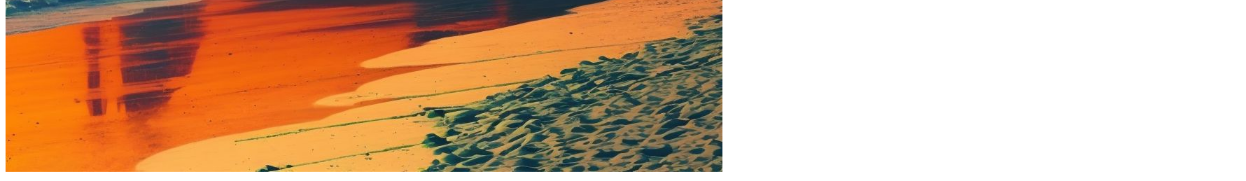
Repository: Thichi99/BootcampGen75
Page: Familia75/index.html
The author's editor kept a copy of each file at every save. The page is drawn from the files as they stood at one save, then again after a run of saves.
The browser window is 1280 px wide. The page is 1280 px wide, then 1780 px, so the pictures cover 1780 px, including what lies to the right of the window. The pictures show the part of the page from y = 2391 to 3751 px (the page is 2649 px tall before and 3834 px after), at 70% of full size.

Above is the page before, as saved 2024-07-26 11:54:47.

### Familia75/index.html
<!DOCTYPE html> <!--Estou indicando que é um documento do tipo HTML-->
<html lang="pt-br">
<head>
    <meta charset="UTF-8">
    <meta name="viewport" content="width=device-width, initial-scale=1.0">
    <meta name="author" content="Luís Guerreiro">
    <meta name="description" content="Minha primeira pagina Web -- Olá Mundo!!!">
    <meta name="keywords" content="Pobreza,erradicação,familia">
    <title>Família 75</title>
</head>
<body>
   <h1>Primeira página da Família 75</h1>
   <h2>Vamos começar a aprender HTML5</h2>
   <h6>Estou utilizando tamanhos de fontes</h6>
   <strong>Frase Destacada</strong>
   <h1>Listas em HTML5</h1>
   <h2>Listas ordenadas</h2>
   <ol type="I">
        <li>Morango</li>
        <li>Kiwi</li>
        <li>Mamão
            <ol type="i">
                <li>Papaya</li>
                <li>Formosa</li>
            </ol>
        </li>
   </ol>
   <h2>Lista não ordenada</h2>
   <ul type="circle">
        <li>Banana</li>
        <li>Maçã
            <ul type="square">
                <li>Gala</li>
                <li>Maçã Verde</li>
            </ul>
        </li>
   </ul>
   <h2>Lista de descrição</h2>
   <dl>
        <dt>Maracujá</dt>
        <dd>É uma fruta muito azeda...</dd>
        <dt>Abacaxi</dt>
        <dd>É uma fruta bem ácida...</dd>
   </dl>

   <h2>Estudo para a utilização dos links</h2>
   <ul>
    <li><a href=".\ordenada.html">Lista ordenada</a></li>
    <li><a href=".\naoOrdenada.html">Lista não ordenada</a></li>
    <li><a href=".\listadescricao.html">Lista de descrição</a></li>
    <li><a href="http://google.com" target="_blank">Para fazer pesquisas no GOOGLE</a></li>

   </ul>

   <h2>Definindo alguns termos técnicos</h2>
   <ul>
    <li><a href="#Info1">Informática</a></li>
    <li><a href="#Computação">Ciência da Computação</a></li>
   </ul>
   <a name="Info1" title="Descrição de informática">
    <h2>Informática</h2>
   </a>
   <p>
    Informática é um termo usado para descrever o conjunto das ciências da informação,
estando incluídas neste grupo: a ciência da computação, a teoria da informação, o
processo de cálculo, a análise numérica e os métodos teóricos da representação dos
conhecimentos e da modelagem dos problemas.
   </p>
   <p><a href="#">Voltar ao topo da página</a></p>

   <a name="Computação" title="Ciência da Computação">
    <h2>Ciência da Computação</h2>
   </a>
   <p>
    Ciência da computação é a ciência que estuda as técnicas, metodologias e instrumentos
computacionais, que automatiza [...] e computação móvel que têm sido utilizadas por bilhões de
pessoas ao redor do globo.
   </p>
   <p><a href="#">Voltar ao topo da página</a></p>

   <h2>Criando tabelas em HTML5</h2>
   <table border="1" cellpading="10">
    <tr>
        <td>Primeira</td>
        <td>Linha</td>
    </tr>
    <tr>
        <td>Segunda</td>
        <td>Linha</td>
    </tr>
   </table>

   <h2>Tabela com cabeçalho</h2>
   <table border="1">
    <tr>
        <th>Nome</th>
        <th>Telefone</th>
        <th>Pais</th>
    </tr>
    <tr>
        <td>Bill Gates</td>
        <td>19974345677</td>
        <td>EUA</td>
    </tr>
   </table>
   <br><br>
   <table border="1">
    <tr>
        <th>Nome</th>
        <td>Bill Gates</td>
    </tr>
    <tr>
        <th>Telefone</th>
        <td>19974345677</td>
    </tr>
    <tr>
        <th>Pais</th>
        <td>EUA</td>
    </tr>
   </table>

   <h2>Trabalhando com imagens</h2>
   <div id="imagem1">
    <img src="./imagens/copacabana.png">
    <im
   </div>
</body>
</html>

After the next 5 saves:
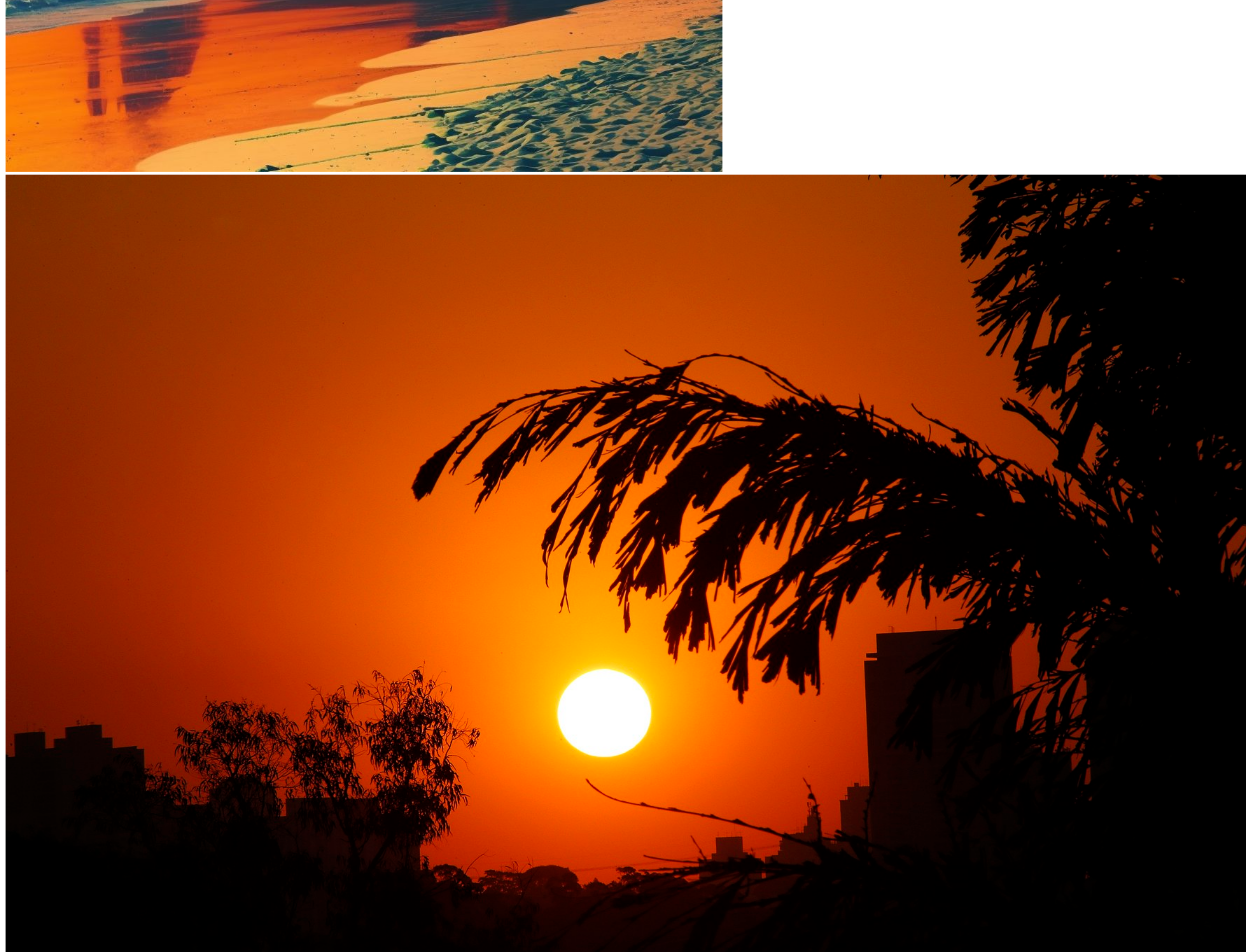
The 5 saves are shown as one change because they came seconds apart.
The last was saved 13 s later.
--- a/Familia75/index.html
+++ b/Familia75/index.html
@@ -122,7 +122,7 @@ pessoas ao redor do globo.
    <h2>Trabalhando com imagens</h2>
    <div id="imagem1">
     <img src="./imagens/copacabana.png">
-    <im
+    <img src="./imagens/sol.jpg"
    </div>
 </body>
 </html>
